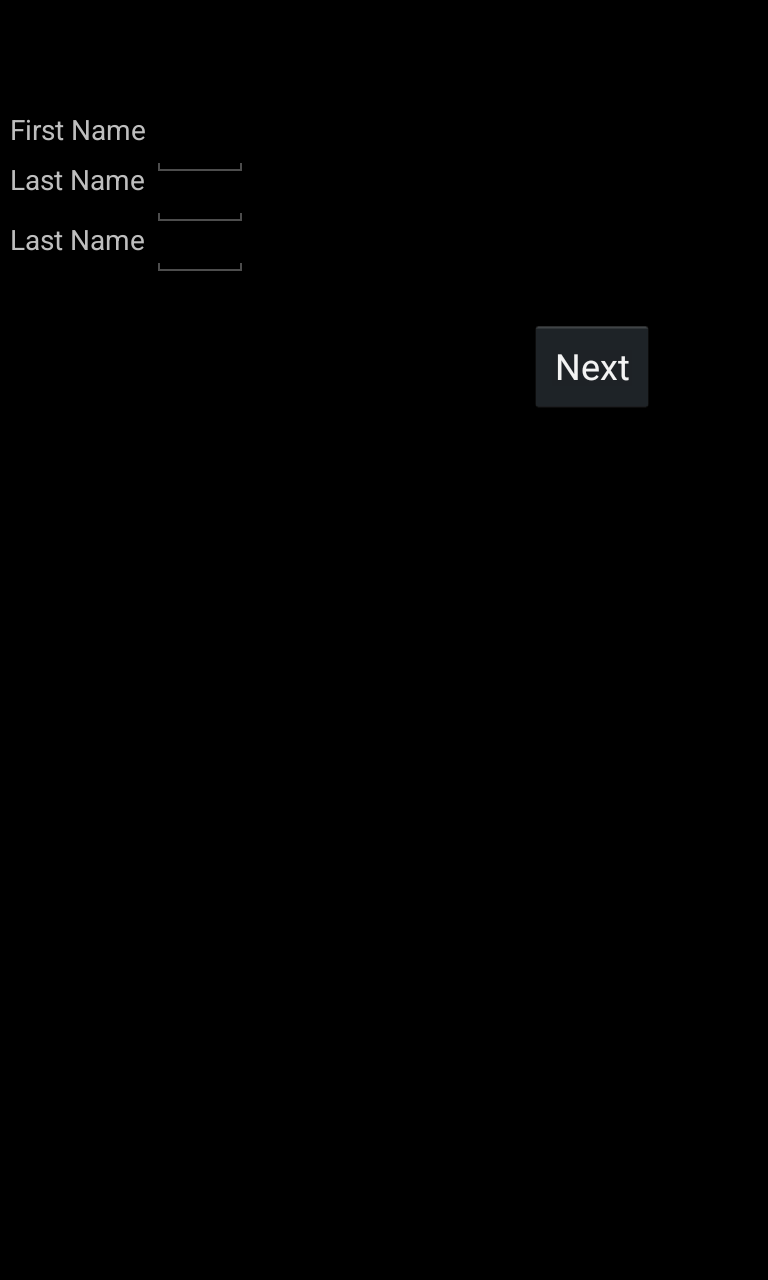
Repository: MobileAffairsLTD/AndroidDemos
Layout: 2.UI_Toast_Alert/res/layout/main.xml
These files come from the project's save history. The layout is drawn as it stood at one moment and after the next save; the edit follows.
It is drawn on a 768 x 1280 px phone screen (xhdpi) without system bars, with theme android:Theme.Holo; the app's code is not run.

Above is the layout before, as saved 2012-04-17 21:47:30.

After the next save:
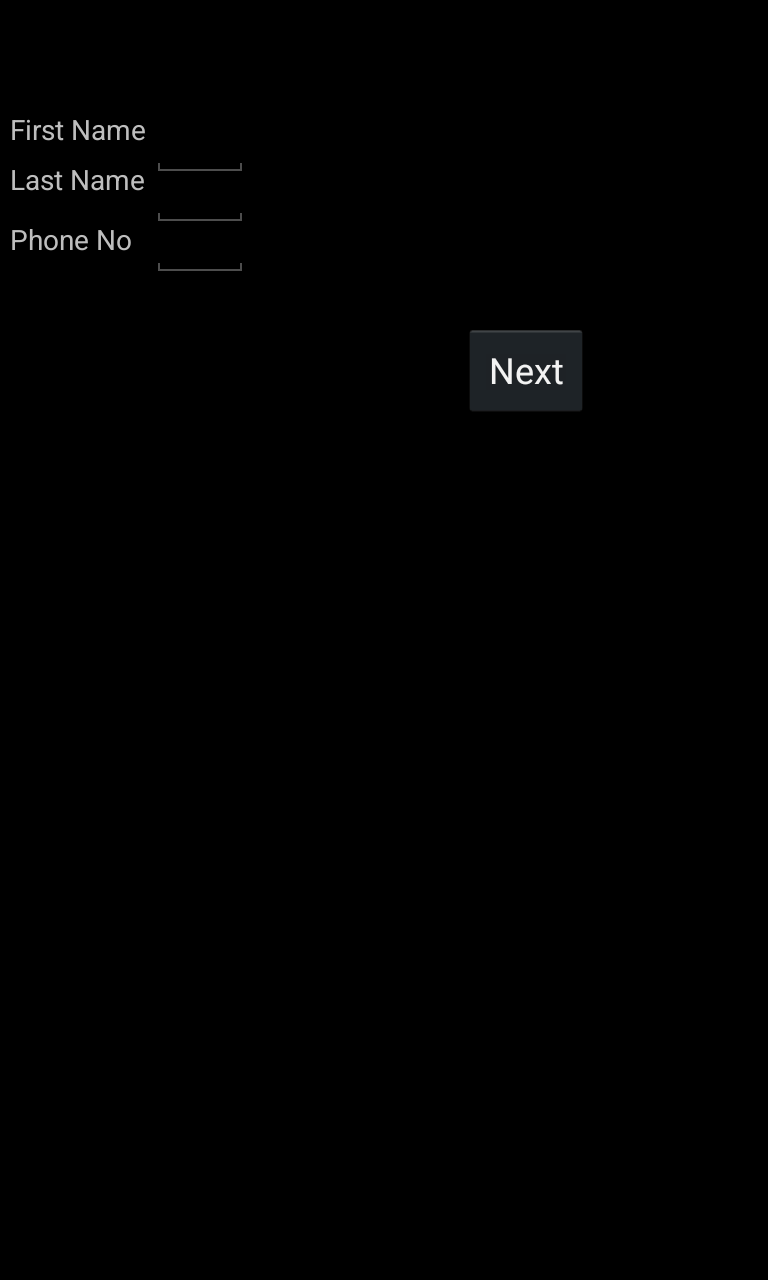
Saved 26 s later.
--- a/2.UI_Toast_Alert/res/layout/main.xml
+++ b/2.UI_Toast_Alert/res/layout/main.xml
@@ -28,7 +28,7 @@
 	    	<TextView
 	    	android:layout_x="10px"
 	    	android:layout_y="220px"
-	    	android:text="Last Name"
+	    	android:text="Phone No"
 	    	android:layout_width="wrap_content"
 	    	android:layout_height="wrap_content" />
 	    	<EditText
@@ -37,11 +37,13 @@
 	    	android:width="100px"
 	    	android:layout_width="wrap_content"
 	    	android:layout_height="wrap_content" />
+
 	    	<Button
 	    	    android:id="@+id/nextbutton"
 	    	    android:layout_width="wrap_content"
 	    	    android:layout_height="wrap_content"
-	    	    android:layout_x="264dp"
-	    	    android:layout_y="159dp"
+	    	    android:layout_x="231dp"
+	    	    android:layout_y="161dp"
 	    	    android:text="Next" />
+
 	</AbsoluteLayout>
